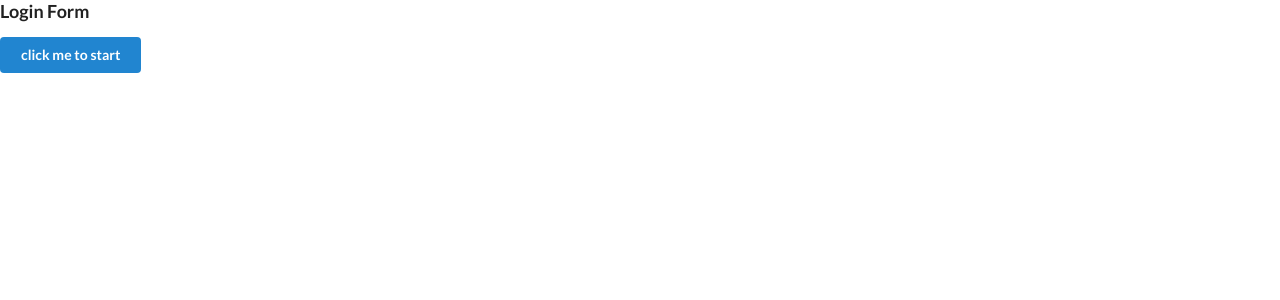
Repository: VernaMak/form-using-next
Page: /
These files come from the project's save history. The page is drawn as it stood at one moment and after a run of saves; the edit follows.
The browser window is 1280 px wide. The pictures show the whole page.
The project was rebuilt for these pictures with package versions that can differ from the ones it lists, and the page was loaded fresh each time. The framework's server and built-in components were replaced by stand-ins that run in the browser. Also part of the build but not shown: next.config.js.

Above is the page before, as saved 2022-09-28 13:14:22.

### pages/_app.js
//import '../styles/globals.css'\
import 'semantic-ui-css/semantic.min.css';

function MyApp({ Component, pageProps }) {
  return <Component {...pageProps} />
}

export default MyApp

### pages/index.js
import { Button,Loader } from 'semantic-ui-react';

import { useRouter } from 'next/router';
import { useState } from 'react';
import { resolve } from 'styled-jsx/css';
import LoginForm from '../Components/LoginForm';

export default function Home() {
  //before, during and after
  const r = useRouter();

  const [loginState, setLoginState] = useState("before");




//const HandleButton = () => {
  //if(loginState === "before") {
    //setLoginState("during");
  //}
  //if(loginState === "during"){
  //  setLoginState("after");
  //}
  //if(loginState === "after") {
  //  r.push("/dashboard");
  //}
//}

const Login = async () => {
setLoginState("during");
await new Promise(resolve => setTimeout(resolve,2000));

setLoginState("after");
await new Promise(resolve => setTimeout(resolve,2000));

r.push("/dashboard");
}
  return (
    <div >
      <LoginForm
        loginState={loginState}
        onLoginClick={()=>Login()}
      ></LoginForm>
      </div>
  )
}

### Components/LoginForm/index.js
import { Button,Loader } from 'semantic-ui-react';


export default function LoginForm({
    loginState="before",
    onLoginClick =() => {}

}) {
    var c = "blue";
  //const r = useRouter();
  var button_next = "click me to start";

    if(loginState === "before") {
        c = "blue";
      }

      if(loginState === "during") {
        c = "green";
        button_next = "loading";
      }

    if(loginState === "after") {
      c = "grey";
      button_next = "logged in";
    }


    return <div>
        <h3>Login Form</h3>
        <Button
        color={c}
        onClick={onLoginClick} >
          {button_next}
          {loginState === "during" && <Loader active />}
      </Button>

    </div>
}

After the next 3 saves:
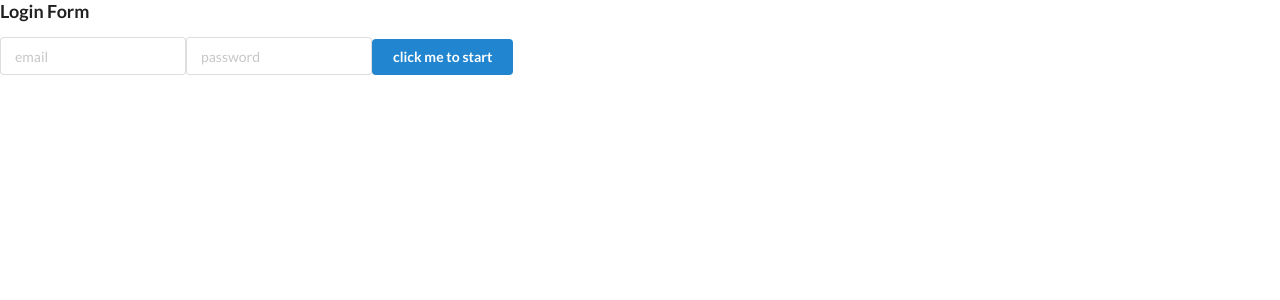
The 3 saves are shown as one change because 1 did not build or start and some came seconds apart.
The last was saved 3 min 34 s later.
--- a/Components/LoginForm/index.js
+++ b/Components/LoginForm/index.js
@@ -1,4 +1,5 @@
-import { Button,Loader } from 'semantic-ui-react';
+import { Button,Loader,Input } from 'semantic-ui-react';
+
 
 
 export default function LoginForm({
@@ -27,6 +28,8 @@ export default function LoginForm({
 
     return <div>
         <h3>Login Form</h3>
+        <Input placeholder="email" />
+        <Input placeholder="password" />
         <Button
         color={c}
         onClick={onLoginClick} >
